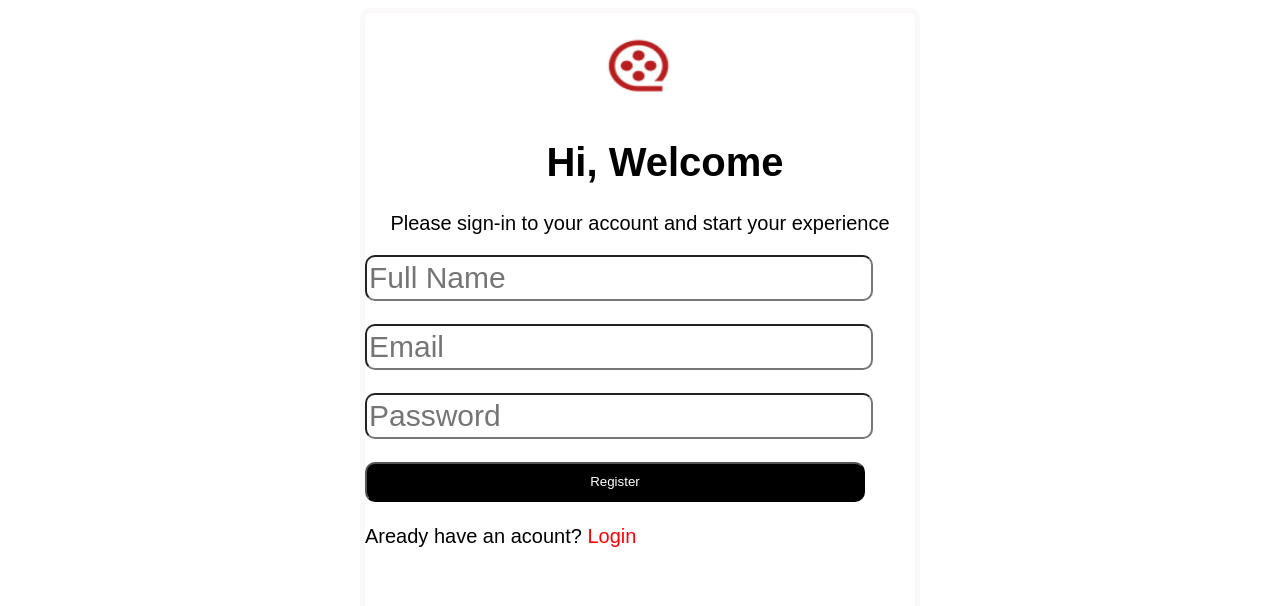
Repository: KingBoyMaylow/movie-task
Page: index.html
The author's editor kept a copy of each file at every save. The page is drawn from the files as they stood at one save, then again after a run of saves.
The browser window is 1280 px wide. The pictures show the whole page.

Above is the page before, as saved 2024-05-20 13:58:24.

### index.html
<!DOCTYPE html>
<html>
<head>
    <link rel="stylesheet" href="script.css">
  <title>document</title>
</head>
<body>
    <div class="firstdiv">
        <img src="WhatsApp Image 2024-05-20 at 13.51.03_2167d28e.jpg" alt="div">
        <h1>Hi, Welcome</h1>
  <h3>Please sign-in to your account and start your experience</h3>

  <form action="signup.php" method="post">

    <label form="<div class="form-group">
      <label for=""></label>
      <input type="Full Name" class="form-control" name="Full Name" id="full Name" placeholder="Full Name">
    <br>

    <br><label form="<div class="">
      <label for=""></label>
      <input type="email" class="form-control" name="email" id="email" placeholder="Email">
    <br>

    <br><label form="<div class="form-group">
      <label for=""></label>
      <input type="password" class="form-control" name="" id="" placeholder="Password">
    <br>

    <br><input type="submit" value="Register" class="register-btn">
  <br>

    <br><span class="bothspan">Aready have an acount?</span>
<span><a href="http://127.0.0.1:5500/2index.html">Login</a></span>
</div>
</body>
</html>

### script.css
body{
    font: 1em sans-serif;
    font-size: 20px;
    font-weight: 100px;
    display: flex;
    flex-direction: column;
    flex-wrap: wrap;
    justify-content: center;
    align-items: center;
}
h3{
    font-size: 20px;
    font-weight: normal;
    text-align: center;
}

.form-control{
    height: 40px;
    width: 500px;
    border-radius: 10px;
    font-size: 30px;
}
h1{
    margin-left: 50px;
    text-align: center;
}
img{
    width: 150px;
    display: block;
    margin: auto;
    height: 100px;
}
.firstdiv{
    border: 5px solid rgb(250, 248, 248);
    border-radius: 10px;
    width: 550px;
    height: 600px;

}
.register-btn{
    width: 500px;
    background-color: black;
    color: white;
    height: 40px;
    border-radius: 10px;
}

span a {
    color: red;
    text-decoration: none;
}

.div2{
    border: 5px solid rgb(250, 248, 248);
    border-radius: 10px;
    width: 550px;
    height: 450px;

}

After the next 2 saves:
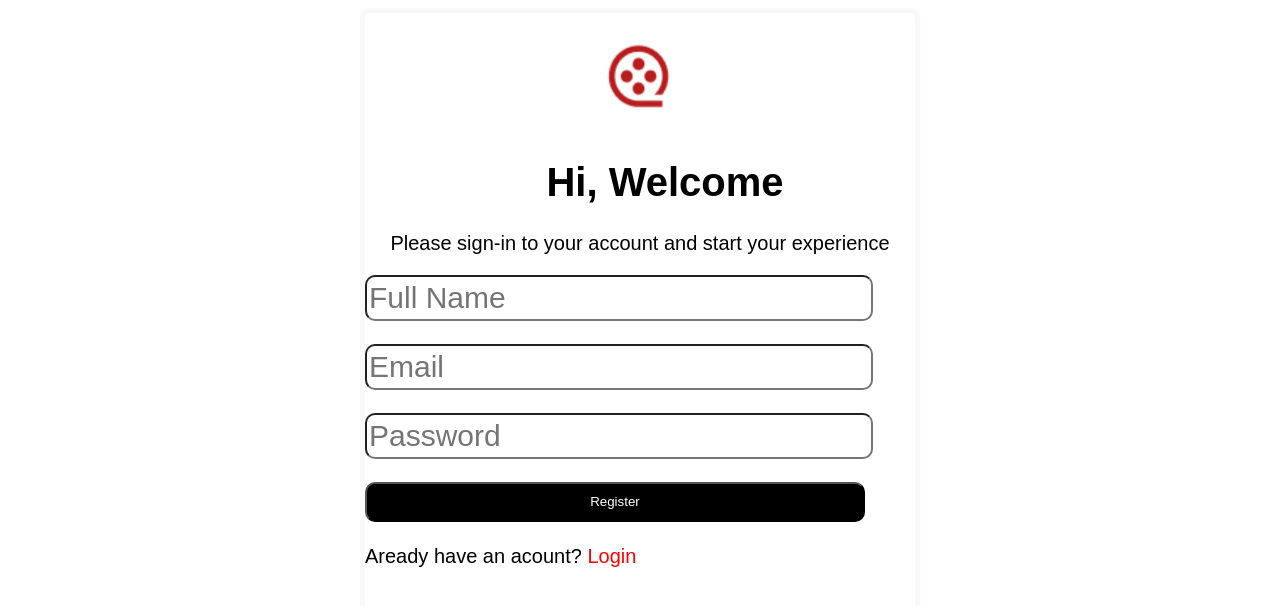
The 2 saves are shown as one change because they came seconds apart.
The last was saved 38 s later.
--- a/script.css
+++ b/script.css
@@ -28,7 +28,7 @@ img{
     width: 150px;
     display: block;
     margin: auto;
-    height: 100px;
+    height: 120px;
 }
 .firstdiv{
     border: 5px solid rgb(250, 248, 248);
